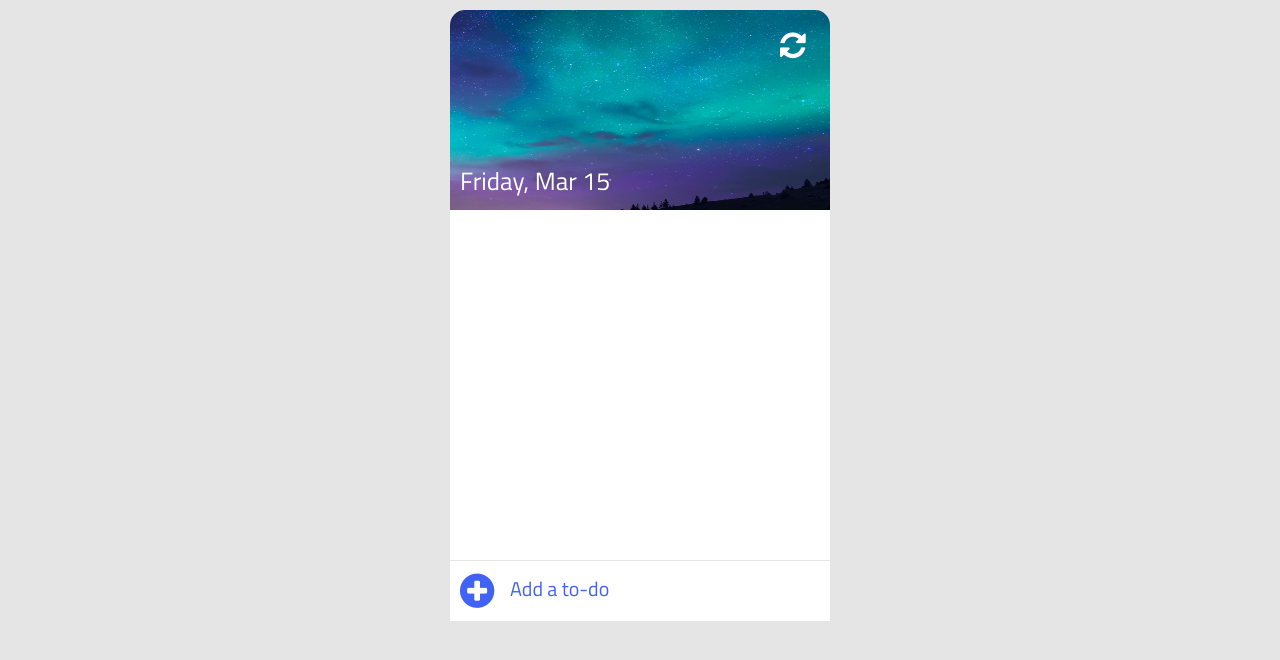
Repository: Khalidwebmail/to-do-list
Page: index.html
These files come from the project's save history. The page is drawn as it stood at one moment and after the next save; the edit follows.
The browser window is 1280 px wide. The pictures show the whole page.

Above is the page before, as saved 2020-01-21 21:31:01.

After the next save:
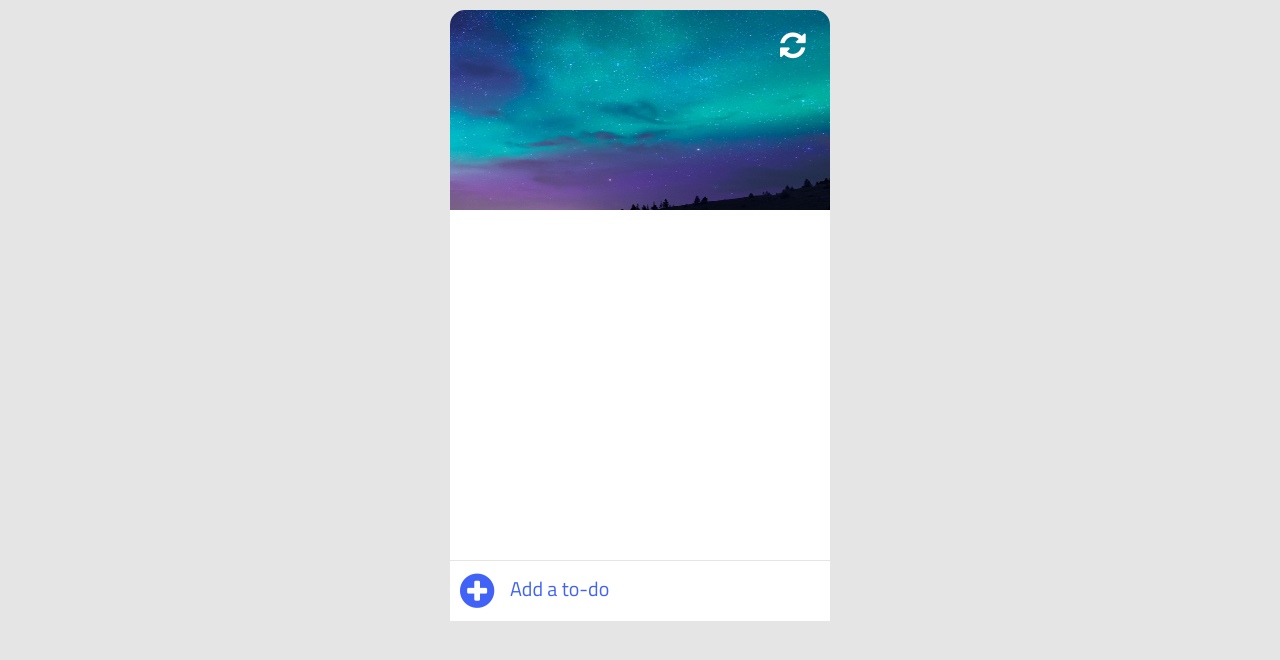
Console error: SyntaxError: Unexpected token ')'
Saved 15 s later.
--- a/js/app.js
+++ b/js/app.js
@@ -99,5 +99,7 @@
 
     if(elementJob == 'complete') {
 
+    } else if() {
+
     }
 });

After the 2 saves that followed:
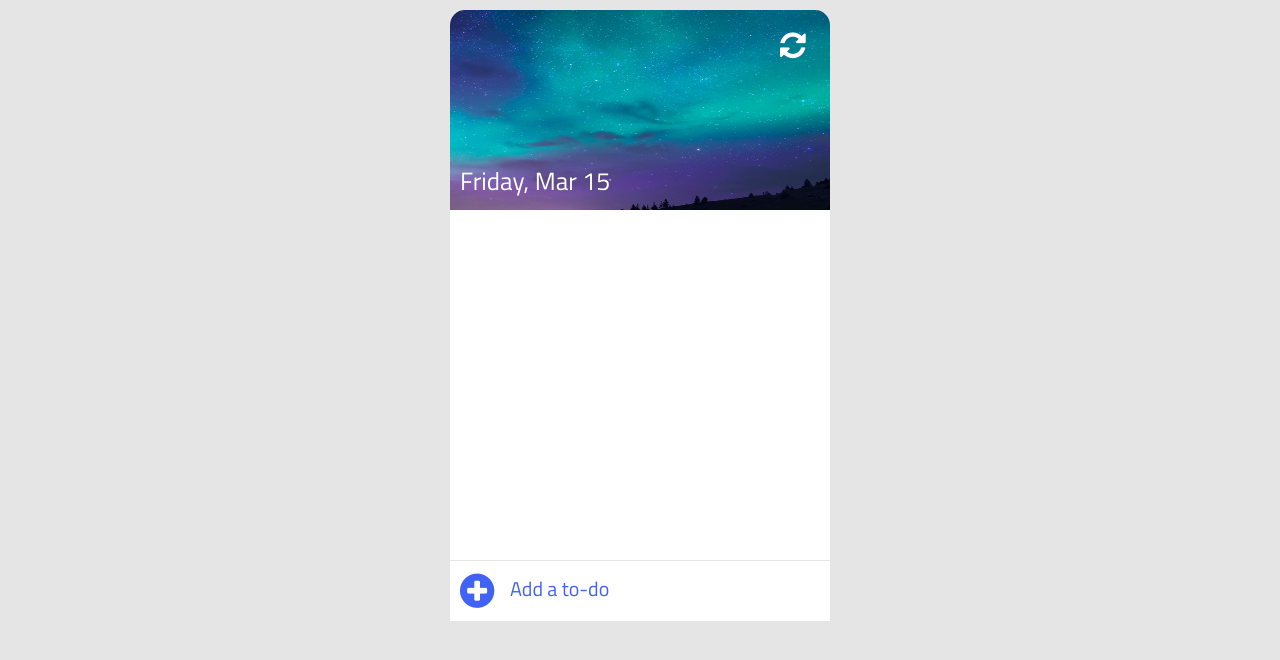
The error is gone.
The 2 saves are shown as one change because 1 left the picture as it was.
The last was saved 25 s later.
--- a/js/app.js
+++ b/js/app.js
@@ -98,8 +98,9 @@
     const elementJob = element.attribute.job.value; //complete or delete
 
     if(elementJob == 'complete') {
-
-    } else if() {
+        completeToDo(element);
+    }
+    else if(elementJob == 'remove') {
 
     }
 });
